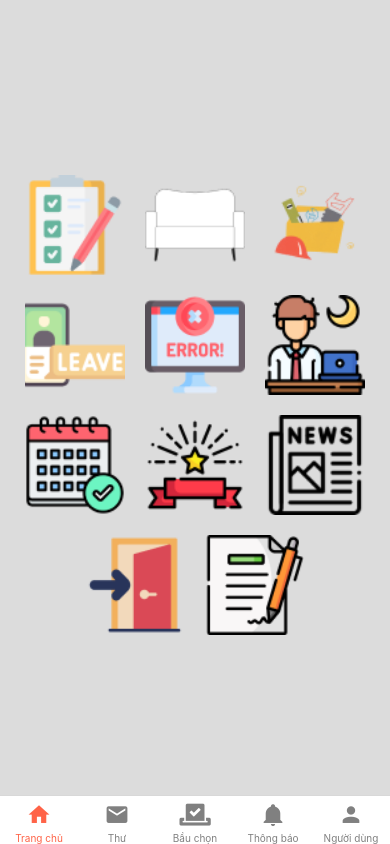
Repository: diepdung02/AppPTC
Page: /Home
The author's editor kept a copy of each file at every save. The page is drawn from the files as they stood at one save, then again after the next save.
The browser window is 390 px wide. The pictures show the whole page.
The page's requests for data from a server got no answer. The app was drawn by React Native's web renderer in a window 390 px wide. The project was rebuilt for these pictures with package versions that can differ from the ones it lists, and the page was loaded fresh each time. No one was signed in, and anything a server would have sent is missing. Also part of the build but not shown: screen/home/MailScreen.tsx, screen/home/NotificationScreen.tsx, screen/home/UserScreen.tsx, screen/home/VoteScreen.tsx.

Above is the page before, as saved 2024-06-30 15:22:36.

### App.tsx
// App.tsx

import React from 'react';
import { NavigationContainer } from '@react-navigation/native';
import { createStackNavigator } from '@react-navigation/stack';
import { LoginScreen, HomeScreen, NotificationScreen, UserScreen, MailScreen, VoteScreen } from './screen/index';
import { createBottomTabNavigator } from '@react-navigation/bottom-tabs';
import { MaterialCommunityIcons, FontAwesome5 } from '@expo/vector-icons'; // Sử dụng MaterialCommunityIcons từ expo/vector-icons

const Stack = createStackNavigator();
const Tab = createBottomTabNavigator();

const HomeTabNavigator: React.FC = () => {
  return (
    <Tab.Navigator
      initialRouteName="HomeTab"
      screenOptions={{
        tabBarActiveTintColor: 'tomato',
        tabBarInactiveTintColor: 'gray',
        tabBarStyle: { display: 'flex' },
      }}
    >
      <Tab.Screen
        name="HomeTab"
        component={HomeScreen}
        options={{
          headerShown: false,
          tabBarLabel: 'Trang chủ',
          tabBarIcon: ({ color, size }) => (
            <MaterialCommunityIcons name="home" color={color} size={size} />
          ),
        }}
      />

      <Tab.Screen
        name="Mail"
        component={MailScreen}
        options={{
          headerShown: false,
          tabBarLabel: 'Thư',
          tabBarIcon: ({ color, size }) => (
            <MaterialCommunityIcons name="email" color={color} size={size} />
          ),
        }}
      />

      <Tab.Screen
        name="Vote"
        component={VoteScreen}
        options={{
          headerShown: false,
          tabBarLabel: 'Bầu chọn',
          tabBarIcon: ({ color, size }) => (
            <FontAwesome5 name="vote-yea" color={color} size={size} />
          ),
        }}
      />

      <Tab.Screen
        name="Notifications"
        component={NotificationScreen}
        options={{
          headerShown: false,
          tabBarLabel: 'Thông báo',
          tabBarIcon: ({ color, size }) => (
            <MaterialCommunityIcons name="bell" color={color} size={size} />
          ),
        }}
      />
      <Tab.Screen
        name="User"
        component={UserScreen}
        options={{
          headerShown: false,
          tabBarLabel: 'Người dùng',
          tabBarIcon: ({ color, size }) => (
            <MaterialCommunityIcons name="account" color={color} size={size} />
          ),
        }}
      />
    </Tab.Navigator>
  );
}

const App: React.FC = () => {
  return (
    <NavigationContainer>
      <Stack.Navigator initialRouteName="Login">
        <Stack.Screen name="Login" component={LoginScreen} options={{ headerShown: false }} />
        <Stack.Screen name="Home" component={HomeTabNavigator} options={{ headerShown: false }} />
      </Stack.Navigator>
    </NavigationContainer>
  );
};

export default App;

### screen/index.tsx
import LoginScreen from './auth/LoginScreen';
import HomeScreen from './home/HomeScreen';
// screen/index.tsx

export { default as MailScreen } from './home/MailScreen';
export { default as NotificationScreen } from './home/NotificationScreen';
export { default as UserScreen } from './home/UserScreen';
export { default as VoteScreen } from './home/VoteScreen';


export{
    LoginScreen,
    HomeScreen,

}

### screen/auth/LoginScreen.tsx
// LoginScreen.tsx
import React, { useState, useEffect } from 'react';
import { View, TextInput, StyleSheet, TouchableOpacity, Text, Image } from 'react-native';
import { FontAwesome, MaterialIcons } from '@expo/vector-icons';
import { Formik } from 'formik';
import * as Yup from 'yup';
import AsyncStorage from '@react-native-async-storage/async-storage';
import COLORS from '../../constants/Color';
import { login, ApiResponse } from '../../API'; // Import API functions

type LoginProps = {
  navigation: any;
};

type FormValues = {
  username: string;
  password: string;
};

const LoginScreen: React.FC<LoginProps> = ({ navigation }) => {
  const [hidePassword, setHidePassword] = useState<boolean>(true);
  const [rememberPassword, setRememberPassword] = useState<boolean>(false);

  useEffect(() => {
    const checkRememberPassword = async () => {
      try {
        const savedPassword = await AsyncStorage.getItem('password');
        if (savedPassword) {
          setRememberPassword(true);
        }
      } catch (error) {
        console.error('Error reading password from AsyncStorage:', error);
      }
    };
    checkRememberPassword();
  }, []);

  const togglePasswordVisibility = () => {
    setHidePassword(!hidePassword);
  };

  const handleLogin = async (values: FormValues) => {
    try {
      const { username, password } = values;
      const response: ApiResponse<any> = await login({ username, password });
      if (response.success) {
        // Xử lý khi đăng nhập thành công
        alert('Đăng nhập thành công!');
        navigation.navigate('Home');
      } else {
        // Xử lý khi đăng nhập thất bại
        alert('Đăng nhập thất bại! ' + response.error);
      }
    } catch (error) {
      console.error('Error logging in:', error);
      alert('Đăng nhập thất bại! Vui lòng thử lại.');
    }
  };

  const validationSchema = Yup.object({
    username: Yup.string().required('Chưa nhập tên đăng nhập'),
    password: Yup.string().required('Chưa nhập mật khẩu'),
  });

  return (
    <Formik
      initialValues={{
        username: '',
        password: '',
      }}
      validationSchema={validationSchema}
      onSubmit={(values) => handleLogin(values)}
    >
      {({ values, touched, errors, handleChange, handleSubmit, handleBlur }) => (
        <View style={styles.container}>
          <Image source={require('../../assets/logo.png')} style={styles.logo} />
          <View style={styles.inputContainer}>
            <FontAwesome name="user" size={20} color="black" />
            <TextInput
              style={styles.textInput}
              placeholder="Username"
              value={values.username}
              onChangeText={handleChange('username')}
              onBlur={handleBlur('username')}
            />
          </View>
          {touched.username && errors.username && (
            <Text style={styles.errorText}>{errors.username}</Text>
          )}

          <View style={styles.inputContainer}>
            <FontAwesome name="lock" size={20} color="black" />
            <TextInput
              style={styles.textInput}
              placeholder="Password"
              secureTextEntry={hidePassword}
              value={values.password}
              onChangeText={handleChange('password')}
              onBlur={handleBlur('password')}
            />
            <TouchableOpacity onPress={togglePasswordVisibility}>
              <MaterialIcons
                name={hidePassword ? 'visibility-off' : 'visibility'}
                size={20}
                color="black"
              />
            </TouchableOpacity>
          </View>
          {touched.password && errors.password && (
            <Text style={styles.errorText}>{errors.password}</Text>
          )}

          <TouchableOpacity style={styles.loginButton} onPress={handleSubmit as any}>
            <Text style={styles.buttonText}>Login</Text>
          </TouchableOpacity>
          <TouchableOpacity onPress={() => navigation.navigate('ForgotPassword')}>
            <Text style={styles.forgotPasswordText}>Forgot Password?</Text>
          </TouchableOpacity>
        </View>
      )}
    </Formik>
  );
};

const styles = StyleSheet.create({
  container: {
    flex: 1,
    backgroundColor: COLORS.colorMain,
    alignItems: 'center',
    justifyContent: 'center',
  },
  logo: {
    width: 150,
    height: 150,
    marginBottom: 50,
  },
  inputContainer: {
    flexDirection: 'row',
    alignItems: 'center',
    backgroundColor: '#FFFFFF',
    borderRadius: 5,
    width: '80%',
    marginBottom: 20,
    padding: 10,
  },
  textInput: {
    flex: 1,
    marginLeft: 10,
  },
  loginButton: {
    backgroundColor: COLORS.blue,
    width: '80%',
    padding: 15,
    borderRadius: 5,
    alignItems: 'center',
  },
  buttonText: {
    color: 'white',
    fontSize: 16,
  },
  forgotPasswordText: {
    color: '#005A8C',
    marginTop: 20,
  },
  errorText: {
    color: 'red',
    fontSize: 12,
    marginBottom: 20,
  },
});

export default LoginScreen;

### screen/home/HomeScreen.tsx
import React, { useEffect, useState } from 'react';
import { View, Text, Image, StyleSheet, SafeAreaView, TouchableOpacity } from 'react-native';
import COLORS from '../../constants/Color';
import { ApiResponse, fetchUser } from '../../API'; // Điều chỉnh đường dẫn để phù hợp với cấu trúc tệp của bạn

const HomeScreen: React.FC = () => {
  const [userData, setUserData] = useState<any>({});

  useEffect(() => {
    const fetchUserData = async () => {
      const userId = '1'; // Thay thế với userId thực tế hoặc lấy động
      const response: ApiResponse<any> = await fetchUser(userId);
      if (response.success) {
        setUserData(response.data); // Giả định API trả về một đối tượng có các thuộc tính 'name' và 'dept'
      } else {
        console.error('Lỗi khi lấy dữ liệu người dùng:', response.error);
      }
    };

    fetchUserData();
  }, []);

  // Xử lý khi nhấn vào từng icon
  const handleIconPress = (iconName: string) => {
    // Viết xử lý khi nhấn vào từng icon ở đây
    console.log('Bạn đã nhấn vào icon:', iconName);
  };

  return (
    <SafeAreaView style={styles.container}>
      <View style={styles.inforContainer}>
        <Image source={{ uri: userData.avatar }} style={styles.avatar} />
        <View style={styles.txtInfor}>
          <Text style={styles.txtName}>{userData.name}</Text>
          <Text style={styles.txtDept}>{userData.dept}</Text>
        </View>
      </View>

      <View style={styles.iconContainer}>
        <TouchableOpacity onPress={() => handleIconPress('check')}>
          <Image source={require('../../assets/check .png')} style={styles.icon} />
        </TouchableOpacity>
        <TouchableOpacity onPress={() => handleIconPress('product')}>
          <Image source={require('../../assets/Product.png')} style={styles.icon} />
        </TouchableOpacity>
        <TouchableOpacity onPress={() => handleIconPress('output')}>
          <Image source={require('../../assets/Output.png')} style={styles.icon} />
        </TouchableOpacity>
        <TouchableOpacity onPress={() => handleIconPress('leave')}>
          <Image source={require('../../assets/leave 1.png')} style={styles.icon} />
        </TouchableOpacity>
        <TouchableOpacity onPress={() => handleIconPress('error')}>
          <Image source={require('../../assets/Error.png')} style={styles.icon} />
        </TouchableOpacity>
        <TouchableOpacity onPress={() => handleIconPress('error')}>
          <Image source={require('../../assets/ot request.png')} style={styles.icon} />
        </TouchableOpacity>
        <TouchableOpacity onPress={() => handleIconPress('group')}>
          <Image source={require('../../assets/Group 23.png')} style={styles.icon} />
        </TouchableOpacity>
        <TouchableOpacity onPress={() => handleIconPress('evaluate')}>
          <Image source={require('../../assets/evaluate.png')} style={styles.icon} />
        </TouchableOpacity>
        <TouchableOpacity onPress={() => handleIconPress('news')}>
          <Image source={require('../../assets/news.png')} style={styles.icon} />
        </TouchableOpacity>
        <TouchableOpacity onPress={() => handleIconPress('group12573')}>
          <Image source={require('../../assets/Group 12573.png')} style={styles.icon} />
        </TouchableOpacity>
        <TouchableOpacity onPress={() => handleIconPress('group12574')}>
          <Image source={require('../../assets/Group 12574.png')} style={styles.icon} />
        </TouchableOpacity>
      </View>
    </SafeAreaView>
  );
};

const styles = StyleSheet.create({
  container: {
    flex: 1,
    backgroundColor: COLORS.colorMain,
  },
  avatar: {
    width: 75,
    height: 75,
    marginTop: 70,
    marginLeft: 20,
  },
  inforContainer: {
    flexDirection: 'row',
    alignItems: 'center',
  },
  txtInfor: {
    marginTop: 70,
    paddingLeft: 10,
  },
  txtName: {
    fontSize: 20,
  },
  txtDept: {
    fontSize: 18,
  },
  iconContainer: {
    flexDirection: 'row',
    flexWrap: 'wrap',
    justifyContent: 'center',
    marginTop: 20,
  },
  icon: {
    width: 100,
    height: 100,
    margin: 10,
  },
});

export default HomeScreen;

### constants/Color.tsx
const COLORS = {
    colorMain:"#DCDCDC",
    blue: "#09648C"

  };
  export default COLORS;

### API.ts
// api.ts
export interface ApiResponse<T> {
  success: boolean;
  data?: T;
  error?: string;
}

export const fetchData = async (): Promise<ApiResponse<any>> => {
  try {
    const response = await fetch('https://668100b656c2c76b495d38a8.mockapi.io/PTC');
    if (!response.ok) {
      throw new Error('Network response was not ok');
    }
    const data = await response.json();
    return { success: true, data };
  } catch (error) {
    console.error('Error fetching data:', error);
    return { success: false, error: 'Error fetching data' };
  }
};

export interface LoginRequest {
  username: string;
  password: string;
}

export const login = async ({ username, password }: LoginRequest): Promise<ApiResponse<any>> => {
  try {
    const response = await fetch('https://668100b656c2c76b495d38a8.mockapi.io/PTC', {
      method: 'POST',
      headers: {
        'Content-Type': 'application/json',
      },
      body: JSON.stringify({ username, password }),
    });
    if (!response.ok) {
      throw new Error('Network response was not ok');
    }
    const data = await response.json();
    return { success: true, data };
  } catch (error) {
    console.error('Error logging in:', error);
    return { success: false, error: 'Error logging in' };
  }
};

export interface User {
  id: string;
  name: string;
  avatar: string;
  dept: string;
}

export const fetchUser = async (userId: string): Promise<ApiResponse<User>> => {
  try {
    const response = await fetch(`https://668100b656c2c76b495d38a8.mockapi.io/PTC/${userId}`);
    if (!response.ok) {
      throw new Error('Network response was not ok');
    }
    const data = await response.json();
    return { success: true, data };
  } catch (error) {
    console.error('Error fetching user data:', error);
    return { success: false, error: 'Error fetching user data' };
  }
};

After the next save:
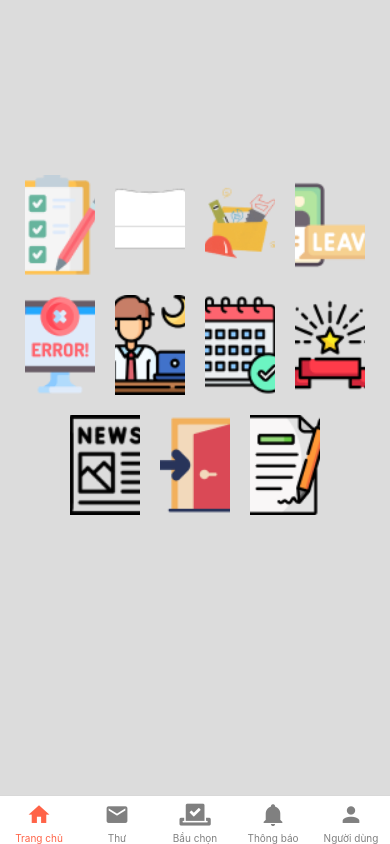
Saved 37 s later.
--- a/screen/home/HomeScreen.tsx
+++ b/screen/home/HomeScreen.tsx
@@ -107,7 +107,7 @@ const styles = StyleSheet.create({
     marginTop: 20,
   },
   icon: {
-    width: 100,
+    width: 70,
     height: 100,
     margin: 10,
   },
